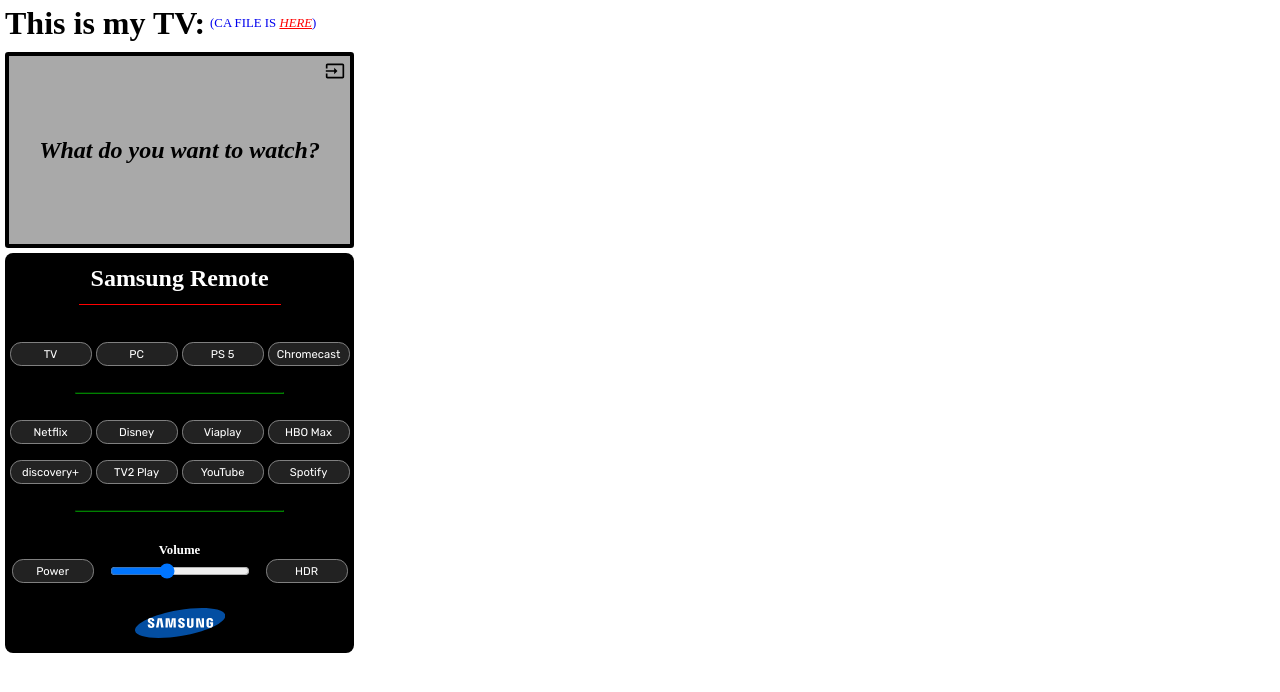
Repository: NoroffFEU/programming-foundations-ca-runeunhjem
Page: index.html
An editor plug-in stored every save of this project. The page is shown before and after the next save, followed by the edit.
The browser window is 1280 px wide. The pictures show the whole page.
The style sheet was rebuilt from its Sass, Less or Tailwind sources for each picture, by a compiler version that may differ from the author's.

Above is the page before, as saved 2023-01-17 08:10:53.
Console error: SyntaxError: Unexpected token 'else'

After the next save:
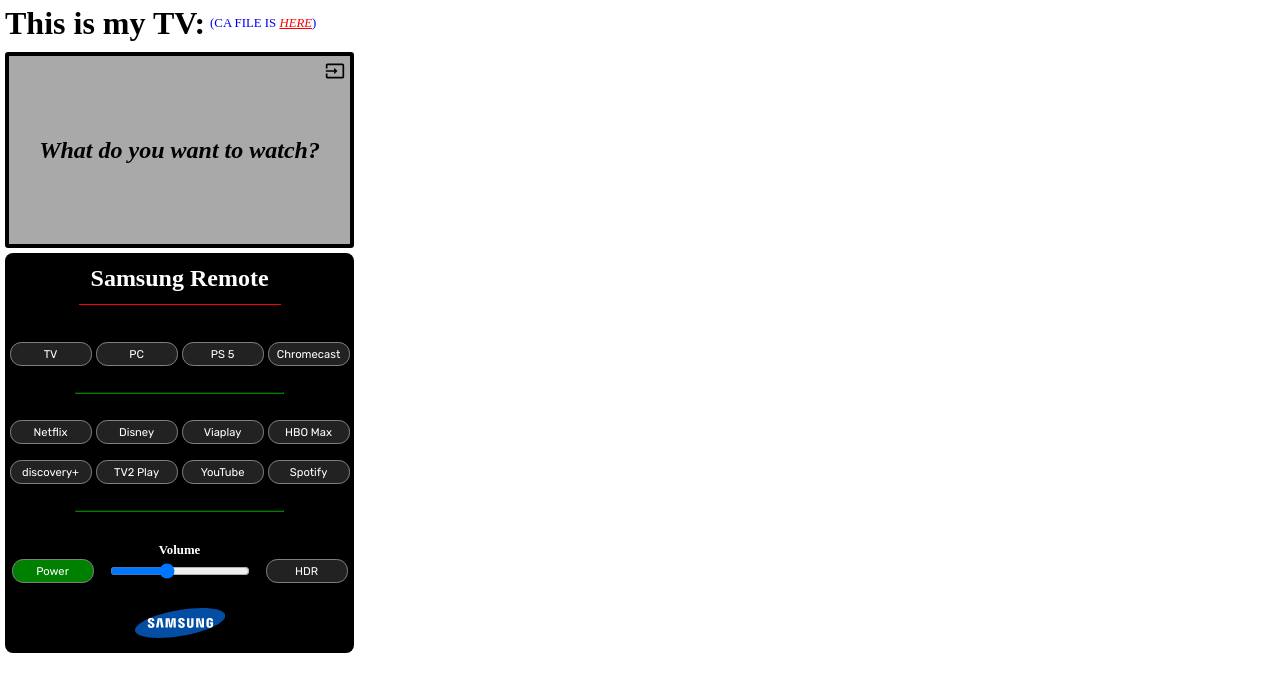
The error is gone.
Saved 23 s later.
--- a/js/optional.js
+++ b/js/optional.js
@@ -69,7 +69,7 @@
     console.log(`Volume level is now set to ${volume}`);
     setTimeout(function() {
     document.getElementById("show-console-log").innerHTML = `Volume level is now set to ${volume}`;
-  }, 5000) else {
+  }, 5000)} else {
     console.log("Volume level is out of range and invalid");
     document.getElementById("show-console-log").innerHTML = "Volume level is out of range and invalid";
   }
